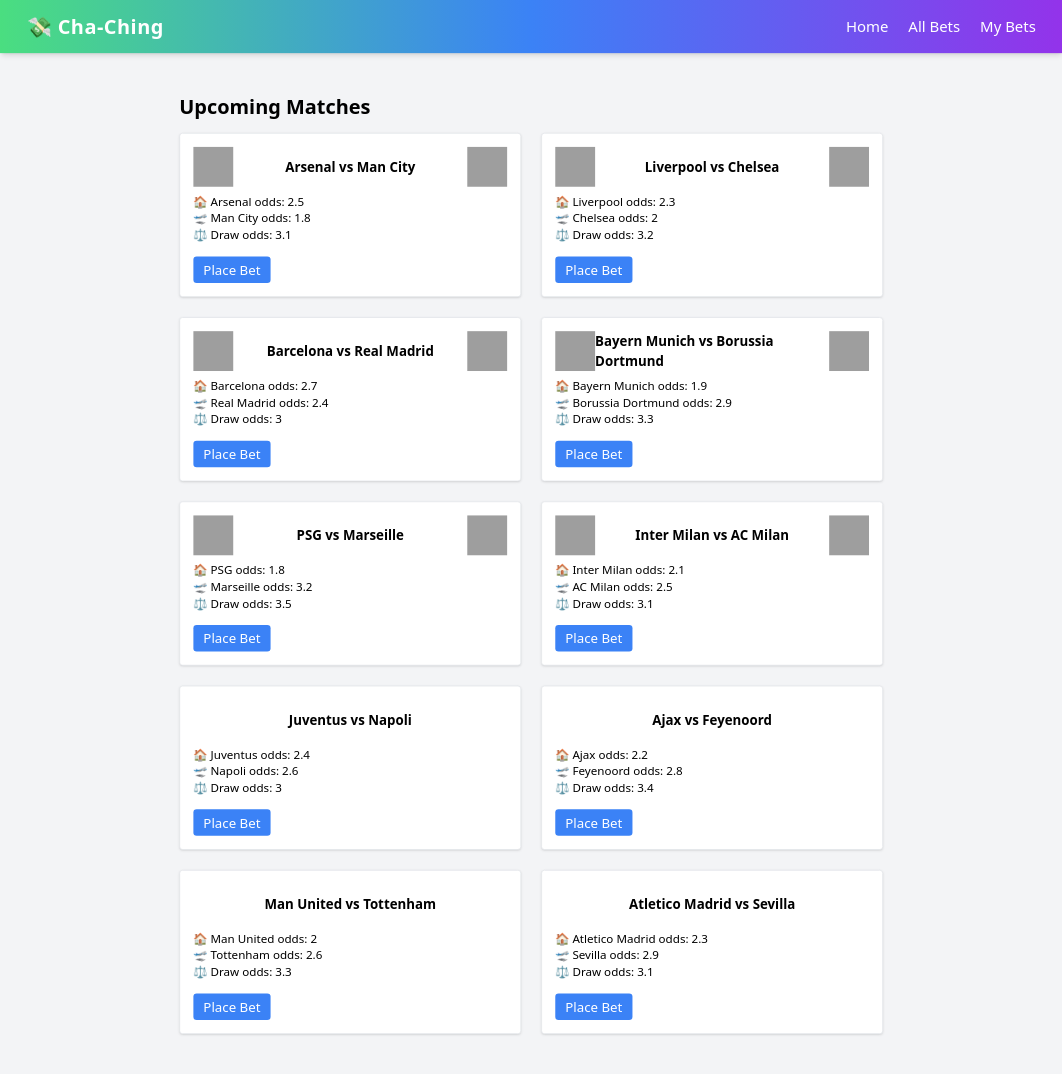
Repository: PEEZYBEE/cha-ching
Page: /bets
The author's editor kept a copy of each file at every save. The page is drawn from the files as they stood at one save, then again after a run of saves.
The browser window is 1280 px wide. The pictures show the whole page, at 83% of full size.
Pictures or frames that could not be fetched are drawn as grey boxes. The project was rebuilt for these pictures with package versions that can differ from the ones it lists, and the page was loaded fresh each time. Requests to the local data server were answered from the project's data file. Also part of the build but not shown: vite.config.js, src/pages/HomePage.jsx, src/components/BetForm.jsx, src/pages/MyBetsPage.jsx, src/pages/ResultsPage.jsx.

Above is the page before, as saved 2025-04-20 03:30:38.

### index.html
<!doctype html>
<html lang="en">
  <head>
    <meta charset="UTF-8" />
    <link rel="icon" type="image/svg+xml" href="https://i.pinimg.com/236x/50/70/9f/50709f03061276eef65dc2b662e76530.jpg" />
    <meta name="viewport" content="width=device-width, initial-scale=1.0" />
    <title>cha-ching</title>
  </head>
  <body>
    <div id="root"></div>
    <script type="module" src="/src/main.jsx"></script>
  </body>
</html>

### src/main.jsx
import { StrictMode } from "react"
import { createRoot } from "react-dom/client"
import { BrowserRouter } from "react-router-dom"
import App from "./App"
import "./index.css"

createRoot(document.getElementById("root")).render(
  <StrictMode>
    <BrowserRouter>
      <App />
    </BrowserRouter>
  </StrictMode>
)

### src/App.jsx
import { useState } from "react";
import { Routes, Route } from "react-router-dom";
import Navbar from "./components/Navbar";
import HomePage from "./pages/HomePage";
import BetsPage from "./pages/BetsPage";
import MyBetsPage from "./pages/MyBetsPage";
import ResultsPage from "./pages/ResultsPage";
import { ToastContainer } from "react-toastify";
import "react-toastify/dist/ReactToastify.css";


export default function App() {
  const [myBets, setMyBets] = useState([]);

  function handlePlaceBet(bet) {
    setMyBets((prevBets) => [...prevBets, bet]);
  }

  return (
    <div className="min-h-screen bg-gray-100">
      <Navbar />
      <div className="p-6">
        <Routes>
          <Route path="/" element={<HomePage />} />
          <Route path="/bets" element={<BetsPage onPlaceBet={handlePlaceBet} />} />
          <Route path="/my-bets" element={<MyBetsPage myBets={myBets} />} />
          <Route path="/results" element={<ResultsPage />} />
        </Routes>
        <ToastContainer position="top-right" autoClose={3000} />
      </div>
    </div>
  );
}

### src/components/Navbar.jsx
import { Link } from "react-router-dom";
import { motion } from "framer-motion";

export default function Navbar() {
  return (
    <motion.nav
      initial={{ y: -80 }}
      animate={{ y: 0 }}
      transition={{ type: "spring", stiffness: 80 }}
      className="sticky top-0 z-50 bg-gradient-to-r from-green-400 via-blue-500 to-purple-600 backdrop-blur-sm bg-opacity-80 shadow-md"
    >
      <div className="max-w-7xl mx-auto px-4 sm:px-6 lg:px-8 py-4 flex items-center justify-between text-white">
        {/* Logo */}
        <motion.div
          initial={{ rotate: -10 }}
          animate={{ rotate: 0 }}
          transition={{ type: "spring", stiffness: 200 }}
          className="text-2xl font-extrabold tracking-wide"
        >
          💸 Cha-Ching
        </motion.div>

        {/* Links */}
        <div className="flex space-x-6 text-lg font-medium">
          <NavItem to="/" text="Home" />
          <NavItem to="/bets" text="All Bets" />
          <NavItem to="/my-bets" text="My Bets" />
        </div>
      </div>
    </motion.nav>
  );
}

function NavItem({ to, text }) {
  return (
    <motion.div
      whileHover={{ scale: 1.1 }}
      whileTap={{ scale: 0.95 }}
      className="transition-all duration-200"
    >
      <Link
        to={to}
        className="hover:text-yellow-300 hover:underline underline-offset-4"
      >
        {text}
      </Link>
    </motion.div>
  );
}

### src/pages/BetsPage.jsx
import { useEffect, useState } from "react";
import MatchCardFixed from "../components/MatchCardFixed";
import BetForm from "../components/BetForm";

export default function BetsPage() {
  const [games, setGames] = useState([]);
  const [selectedGame, setSelectedGame] = useState(null);

  useEffect(() => {
    fetch("http://localhost:3000/games")
      .then((res) => res.json())
      .then((data) => {
        console.log("Fetched games:", data);
        setGames(data);
      })
      .catch((err) => console.error("Error fetching games:", err));
  }, []);

  function handlePlaceBet(game) {
    setSelectedGame(game);
  }

  function handleSubmitBet(newBet) {
    fetch("http://localhost:3000/bets", {
      method: "POST",
      headers: {
        "Content-Type": "application/json",
      },
      body: JSON.stringify(newBet),
    })
      .then((res) => res.json())
      .then((data) => {
        console.log("Bet submitted:", data);
        setSelectedGame(null);
        alert("Bet placed!");
      })
      .catch((err) => console.error("Error placing bet:", err));
  }

  return (
    <div className="p-6 max-w-4xl mx-auto">
      <h2 className="text-2xl font-bold mb-4">Upcoming Matches</h2>

      {selectedGame && (
        <BetForm game={selectedGame} onSubmitBet={handleSubmitBet} />
      )}

      {games.length === 0 ? (
        <p>Loading games...</p>
      ) : (
        <div className="grid gap-6 sm:grid-cols-1 md:grid-cols-2 lg:grid-cols-2">
          {games.map((game) => (
            <MatchCardFixed
              key={game.id}
              match={game}
              onPlaceBet={handlePlaceBet}
            />
          ))}
        </div>
      )}
    </div>
  );
}

### src/components/MatchCardFixed.jsx
export default function MatchCardFixed({ match, onPlaceBet }) {
  return (
    <div className="border p-4 rounded shadow bg-white">
      <div className="flex items-center justify-between mb-2">
      <object data={match.homeTeamLogo} type="image/svg+xml" className="h-12 w-12" />
<span className="font-semibold">{match.homeTeam} vs {match.awayTeam}</span>
<object data={match.awayTeamLogo} type="image/svg+xml" className="h-12 w-12" />

      </div>
      <div className="text-sm mb-2">
        <p>🏠 {match.homeTeam} odds: {match.homeOdds}</p>
        <p>🛫 {match.awayTeam} odds: {match.awayOdds}</p>
        <p>⚖️ Draw odds: {match.drawOdds}</p>
      </div>
      <button
        onClick={() => onPlaceBet(match)}
        className="mt-2 bg-blue-500 hover:bg-blue-600 text-white py-1 px-3 rounded"
      >
        Place Bet
      </button>
    </div>
  );
}

### db.json
{
  "games": [
    {
      "id": "1",
      "homeTeam": "Arsenal",
      "homeTeamLogo": "https://upload.wikimedia.org/wikipedia/en/5/53/Arsenal_FC.svg",
      "awayTeam": "Man City",
      "awayTeamLogo": "https://upload.wikimedia.org/wikipedia/en/e/eb/Manchester_City_FC_badge.svg",
      "homeOdds": 2.5,
      "awayOdds": 1.8,
      "drawOdds": 3.1,
      "result": "away"
    },
    {
      "id": "2",
      "homeTeam": "Liverpool",
      "homeTeamLogo": "https://upload.wikimedia.org/wikipedia/en/0/0c/Liverpool_FC.svg",
      "awayTeam": "Chelsea",
      "awayTeamLogo": "https://upload.wikimedia.org/wikipedia/en/c/cc/Chelsea_FC.svg",
      "homeOdds": 2.3,
      "awayOdds": 2,
      "drawOdds": 3.2,
      "result": null
    },
    {
      "id": "3",
      "homeTeam": "Barcelona",
      "homeTeamLogo": "https://upload.wikimedia.org/wikipedia/en/4/47/FC_Barcelona_%28crest%29.svg",
      "awayTeam": "Real Madrid",
      "awayTeamLogo": "https://upload.wikimedia.org/wikipedia/en/5/56/Real_Madrid_CF.svg",
      "homeOdds": 2.7,
      "awayOdds": 2.4,
      "drawOdds": 3,
      "result": "away"
    },
    {
      "id": "4",
      "homeTeam": "Bayern Munich",
      "homeTeamLogo": "https://upload.wikimedia.org/wikipedia/en/1/1f/FC_Bayern_M\u00fcnchen_logo_%282017%29.svg",
      "awayTeam": "Borussia Dortmund",
      "awayTeamLogo": "https://upload.wikimedia.org/wikipedia/commons/6/67/Borussia_Dortmund_logo.svg",
      "homeOdds": 1.9,
      "awayOdds": 2.9,
      "drawOdds": 3.3,
      "result": "draw"
    },
    {
      "id": "5",
      "homeTeam": "PSG",
      "homeTeamLogo": "https://upload.wikimedia.org/wikipedia/en/a/a7/Paris_Saint-Germain_F.C..svg",
      "awayTeam": "Marseille",
      "awayTeamLogo": "https://upload.wikimedia.org/wikipedia/en/f/fd/Olympique_Marseille_logo.svg",
      "homeOdds": 1.8,
      "awayOdds": 3.2,
      "drawOdds": 3.5,
      "result": "home"
    },
    {
      "id": "6",
      "homeTeam": "Inter Milan",
      "homeTeamLogo": "https://upload.wikimedia.org/wikipedia/en/0/05/FC_Internazionale_Milano_2021.svg",
      "awayTeam": "AC Milan",
      "awayTeamLogo": "https://upload.wikimedia.org/wikipedia/commons/d/d0/Logo_of_AC_Milan.svg",
      "homeOdds": 2.1,
      "awayOdds": 2.5,
      "drawOdds": 3.1,
      "result": null
    },
    {
      "id": "7",
      "homeTeam": "Juventus",
      "homeTeamLogo": "https://upload.wikimedia.org/wikipedia/commons/1/15/Juventus_FC_2017_logo.svg",
      "awayTeam": "Napoli",
      "awayTeamLogo": "https://upload.wikimedia.org/wikipedia/commons/2/2d/SSC_Napoli.svg",
      "homeOdds": 2.4,
      "awayOdds": 2.6,
      "drawOdds": 3,
      "result": null
    },
    {
      "id": "8",
      "homeTeam": "Ajax",
      "homeTeamLogo": "https://upload.wikimedia.org/wikipedia/en/7/79/Ajax_Amsterdam.svg",
      "awayTeam": "Feyenoord",
      "awayTeamLogo": "https://upload.wikimedia.org/wikipedia/en/2/2e/Feyenoord_Logo.svg",
      "homeOdds": 2.2,
      "awayOdds": 2.8,
      "drawOdds": 3.4,
      "result": null
    },
    {
      "id": "9",
      "homeTeam": "Man United",
      "homeTeamLogo": "https://upload.wikimedia.org/wikipedia/en/7/7a/Manchester_United_FC_crest.svg",
      "awayTeam": "Tottenham",
      "awayTeamLogo": "https://upload.wikimedia.org/wikipedia/en/b/b4/Tottenham_Hotspur.svg",
      "homeOdds": 2,
      "awayOdds": 2.6,
      "drawOdds": 3.3,
      "result": null
    },
    {
      "id": "10",
      "homeTeam": "Atletico Madrid",
      "homeTeamLogo": "https://upload.wikimedia.org/wikipedia/en/f/f4/Atletico_Madrid_2017_logo.svg",
      "awayTeam": "Sevilla",
      "awayTeamLogo": "https://upload.wikimedia.org/wikipedia/en/3/3c/Sevilla_CF_logo.svg",
      "homeOdds": 2.3,
      "awayOdds": 2.9,
      "drawOdds": 3.1,
      "result": null
    }
  ],
  "bets": [
    {
      "id": "727e",
      "gameId": "1",
      "match": "Arsenal vs Man City",
      "betOn": "Arsenal",
      "amount": 51,
      "odds": 2.5,
      "status": "lost"
    },
    {
      "id": "1ee1",
      "gameId": "2",
      "match": "Liverpool vs Chelsea",
      "betOn": "Chelsea",
      "amount": 61,
      "odds": 2,
      "status": "pending"
    },
    {
      "id": "9ded",
      "gameId": "1",
      "match": "Arsenal vs Man City",
      "betOn": "Arsenal",
      "amount": 55,
      "odds": 2.5,
      "status": "pending"
    },
    {
      "id": "e4a4",
      "gameId": "4",
      "match": "Bayern Munich vs Borussia Dortmund",
      "betOn": "Draw",
      "amount": 10,
      "odds": 3.3,
      "status": "won",
      "notified": true
    },
    {
      "id": "a130",
      "gameId": "5",
      "match": "PSG vs Marseille",
      "betOn": "PSG",
      "amount": 70,
      "odds": 1.8,
      "status": "won",
      "notified": true
    }
  ]
}

Loaded but not shown: src/index.css (common file); tailwind.config.js (common file)

After the next 3 saves:
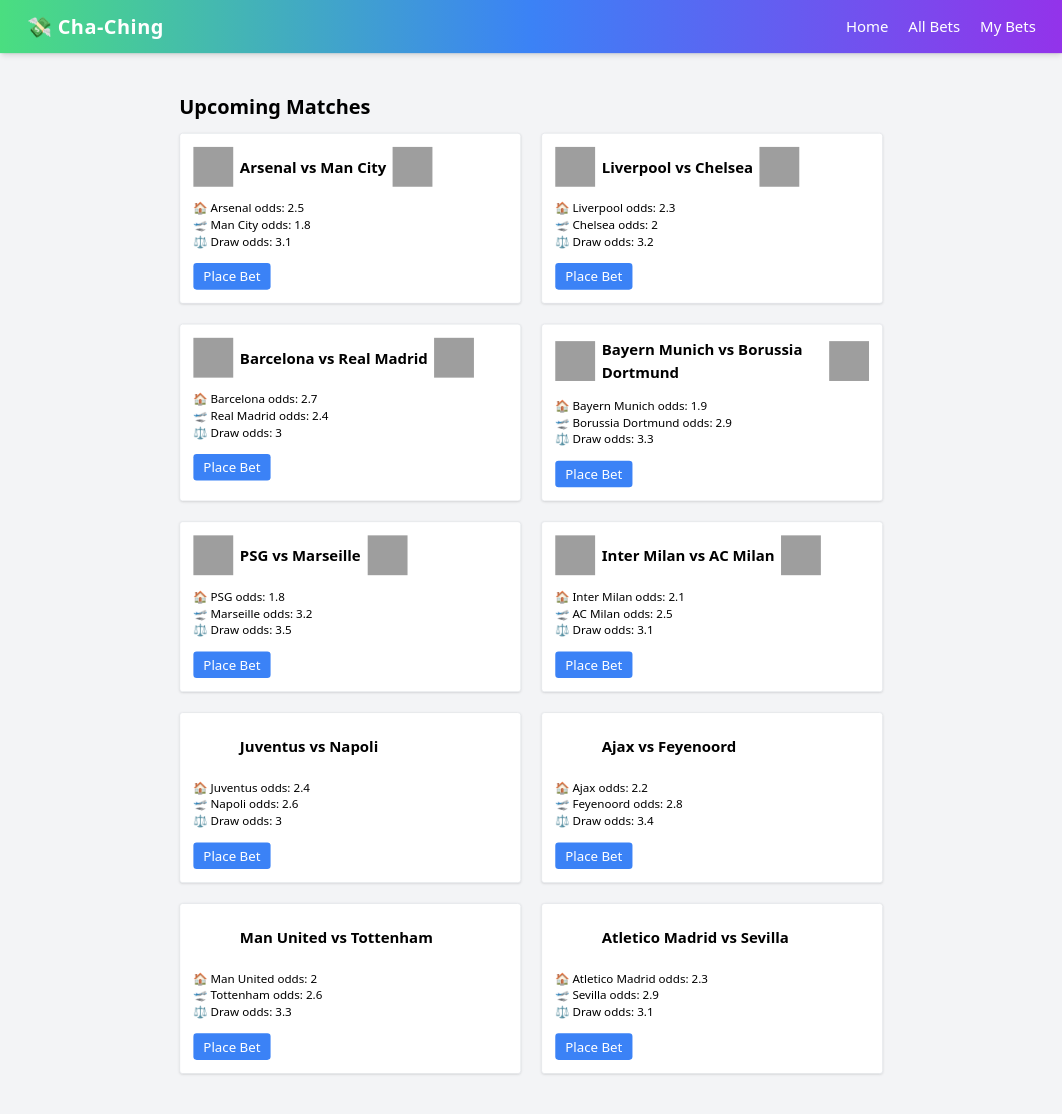
The 3 saves are shown as one change because 1 did not build or start and some came seconds apart.
The last was saved 112 s later.
--- a/src/components/MatchCardFixed.jsx
+++ b/src/components/MatchCardFixed.jsx
@@ -1,12 +1,15 @@
 export default function MatchCardFixed({ match, onPlaceBet }) {
   return (
     <div className="border p-4 rounded shadow bg-white">
-      <div className="flex items-center justify-between mb-2">
-      <object data={match.homeTeamLogo} type="image/svg+xml" className="h-12 w-12" />
-<span className="font-semibold">{match.homeTeam} vs {match.awayTeam}</span>
-<object data={match.awayTeamLogo} type="image/svg+xml" className="h-12 w-12" />
-
+    <div className="flex items-center justify-between mb-4">
+      <div className="flex items-center gap-2">
+        <object data={match.homeTeamLogo} type="image/svg+xml" className="h-12 w-12" />
+        <span className="font-semibold text-lg">
+          {match.homeTeam} vs {match.awayTeam}
+        </span>
+        <object data={match.awayTeamLogo} type="image/svg+xml" className="h-12 w-12" />
       </div>
+    </div>
       <div className="text-sm mb-2">
         <p>🏠 {match.homeTeam} odds: {match.homeOdds}</p>
         <p>🛫 {match.awayTeam} odds: {match.awayOdds}</p>
